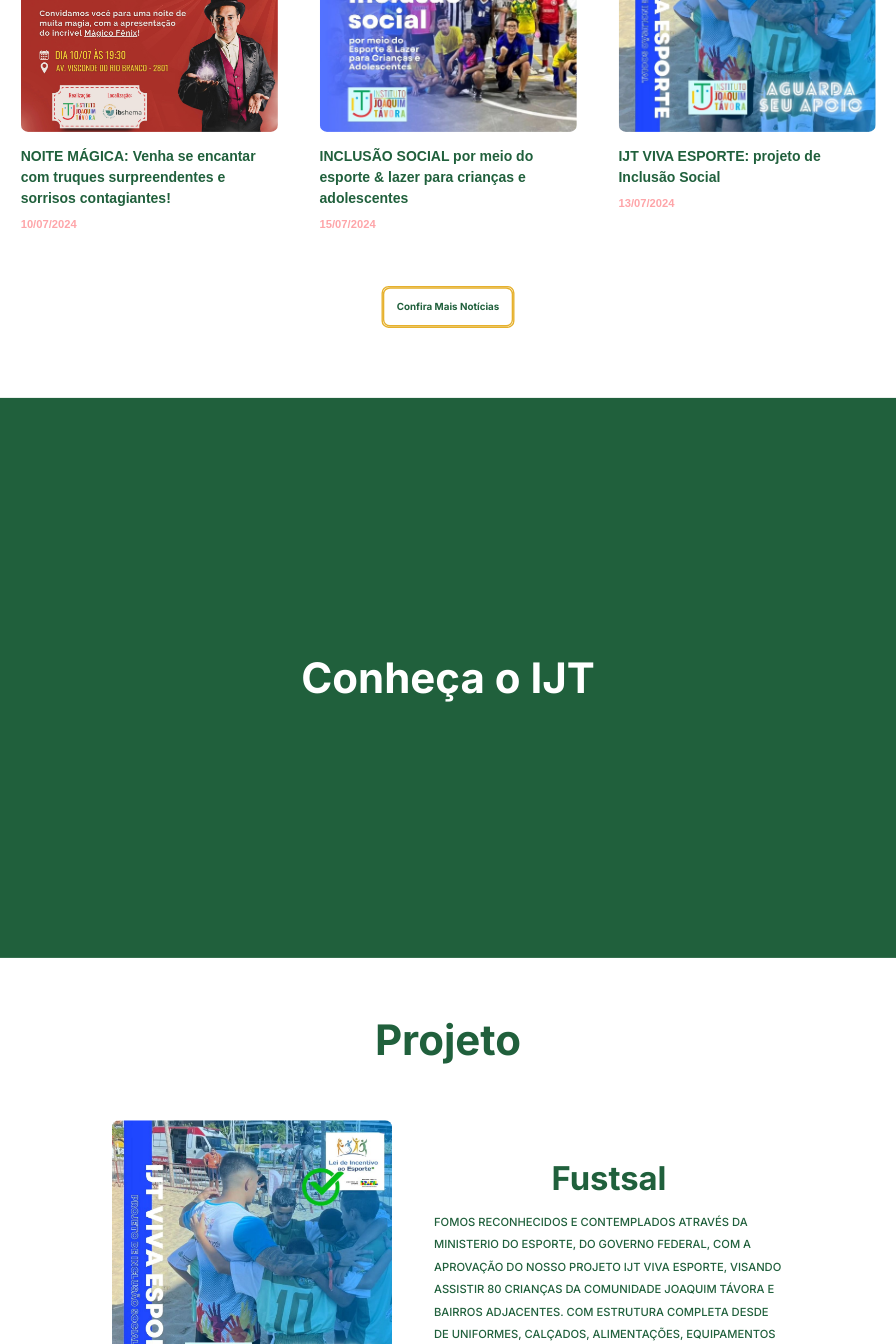
Repository: MarcelloMello90/itj2
Page: index.html
An editor plug-in stored every save of this project. The page is shown before and after the next save, followed by the edit.
The browser window is 1280 px wide. The pictures show the part of the page from y = 1238 to 3158 px (the page is 6467 px tall), at 70% of full size.

Above is the page before, as saved 2024-07-21 20:39:20.

After the next save:
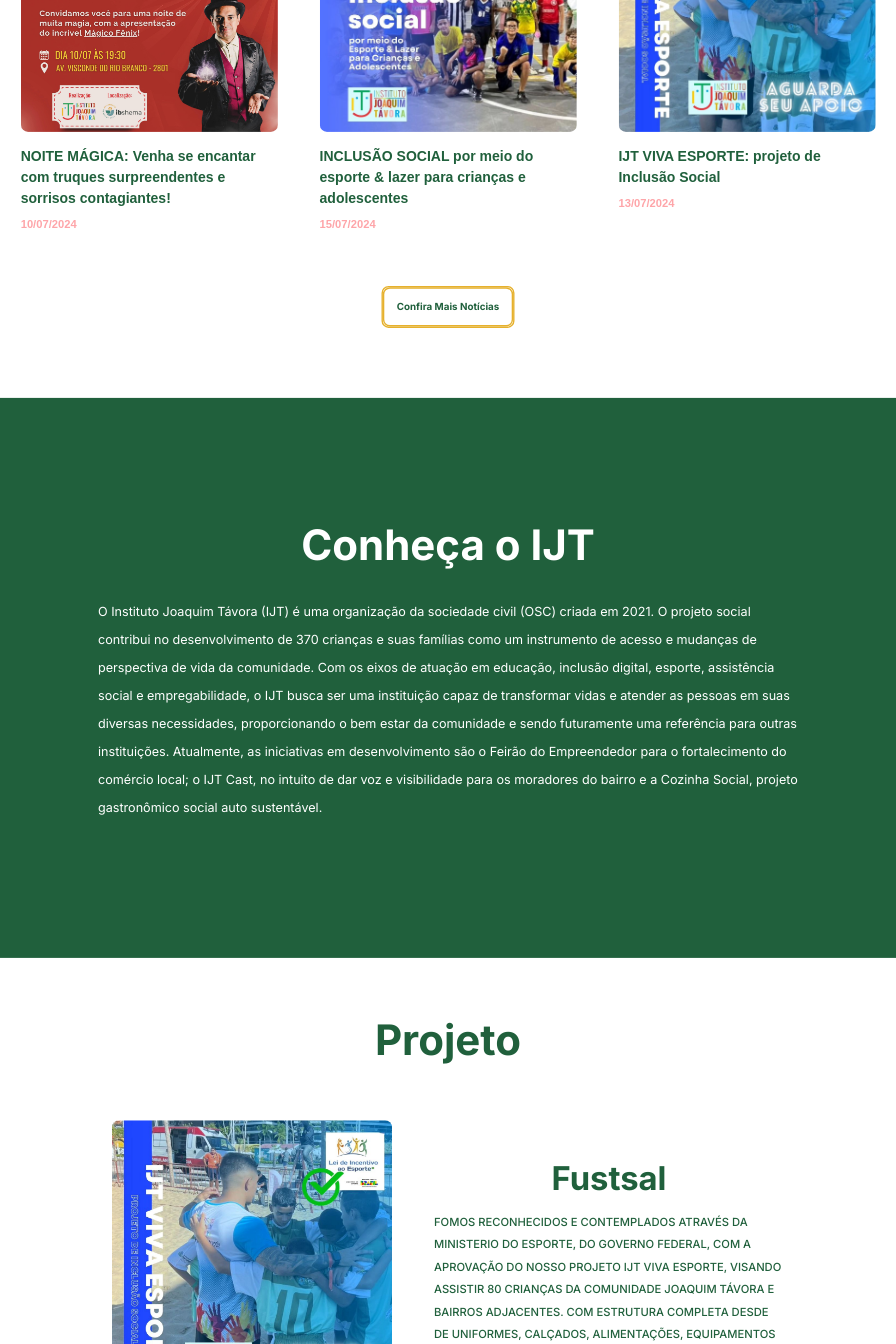
Saved 2 min 9 s later.
--- a/index.html
+++ b/index.html
@@ -124,6 +124,22 @@
 
           <div class="wrapper_section2">
             <h1>Conheça o IJT</h1>
+
+            <p>
+              O Instituto Joaquim Távora (IJT) é uma organização da sociedade civil (OSC)
+              criada em 2021. O projeto social contribui no desenvolvimento de 370
+              crianças e suas famílias como um instrumento de acesso e mudanças de
+              perspectiva de vida da comunidade. Com os eixos de atuação em educação,
+              inclusão digital, esporte, assistência social e empregabilidade, o IJT
+              busca ser uma instituição capaz de transformar vidas e atender
+              as pessoas em suas diversas necessidades, proporcionando o bem
+              estar da comunidade e sendo futuramente uma referência para outras
+               instituições. Atualmente, as iniciativas em desenvolvimento são o
+               Feirão do Empreendedor para o fortalecimento do comércio local;
+               o IJT Cast, no intuito de dar voz e visibilidade para os moradores
+               do bairro e a Cozinha Social, projeto gastronômico social auto
+               sustentável.
+            </p>
           </div>
 
 
